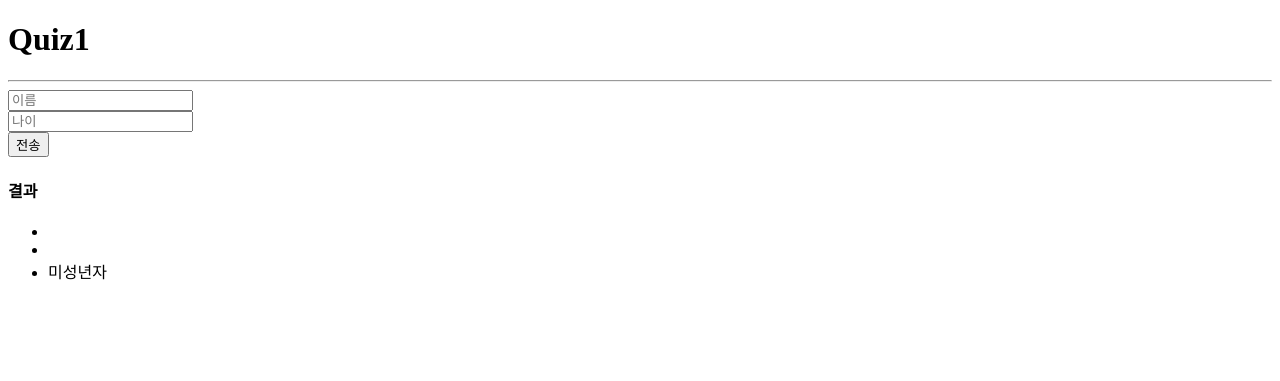
Repository: ChimmyWorld/JSP
Page: http://localhost/Day53/quiz1.jsp
An editor plug-in stored every save of this project. The page is shown before and after the next save, followed by the edit.
The browser window is 1280 px wide. The pictures show the whole page.
The page is served by Tomcat 9. Other server files are loaded and not shown.

Above is the page before, as saved 2023-09-22 04:43:47.

### Day53/WebContent/quiz1.jsp
<%@ page language="java" contentType="text/html; charset=UTF-8"
    pageEncoding="UTF-8"%>
<!DOCTYPE html>
<html>
<head>
<meta charset="UTF-8">
<title>quiz1.jsp</title>
</head>
<body>
	<h1>Quiz1</h1>
	<hr>

	<form>
		<div><input name="name" placeholder="이름" required></div>
		<div><input name="age" type="number" placeholder="나이 " required></div>
		<button>전송</button>
	</form>

	<h4>결과</h4>
	<ul>
		<li>${param.name }</li>
		<li>${param.age }</li>
		<li>${param.age > 18 ? '성인' : '미성년자' }</li>
	</ul>

</body>
</html>

After the next save:
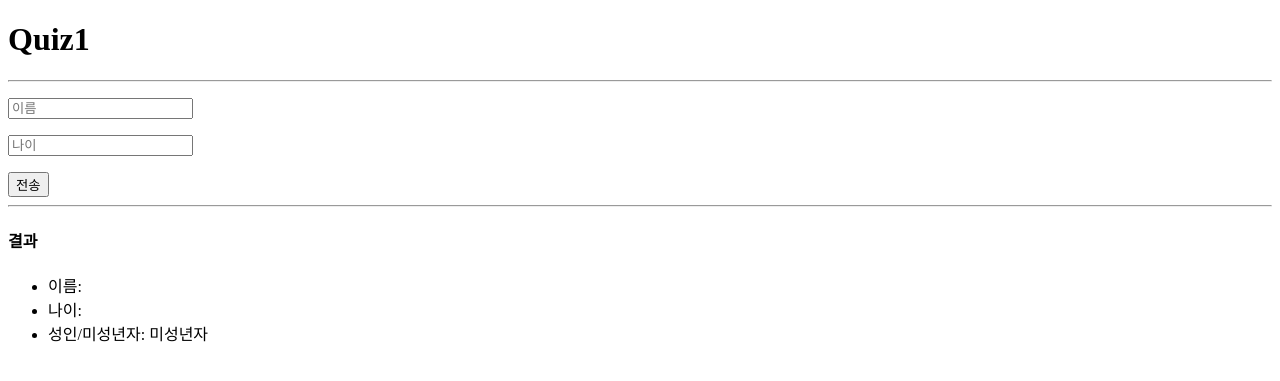
Saved 7 min 54 s later.
--- a/Day53/WebContent/quiz1.jsp
+++ b/Day53/WebContent/quiz1.jsp
@@ -11,16 +11,19 @@
 	<hr>
 
 	<form>
-		<div><input name="name" placeholder="이름" required></div>
-		<div><input name="age" type="number" placeholder="나이 " required></div>
+		<p><input name="name" placeholder="이름" required></p>
+		<p><input name="age" type="number" placeholder="나이 " required></p>
+
 		<button>전송</button>
 	</form>
 
+	<hr>
+
 	<h4>결과</h4>
 	<ul>
-		<li>${param.name }</li>
-		<li>${param.age }</li>
-		<li>${param.age > 18 ? '성인' : '미성년자' }</li>
+		<li>이름: ${param.name }</li>
+		<li>나이: ${param.age }</li>
+		<li>성인/미성년자: ${param.age > 18 ? '성인' : '미성년자' }</li>
 	</ul>
 
 </body>
